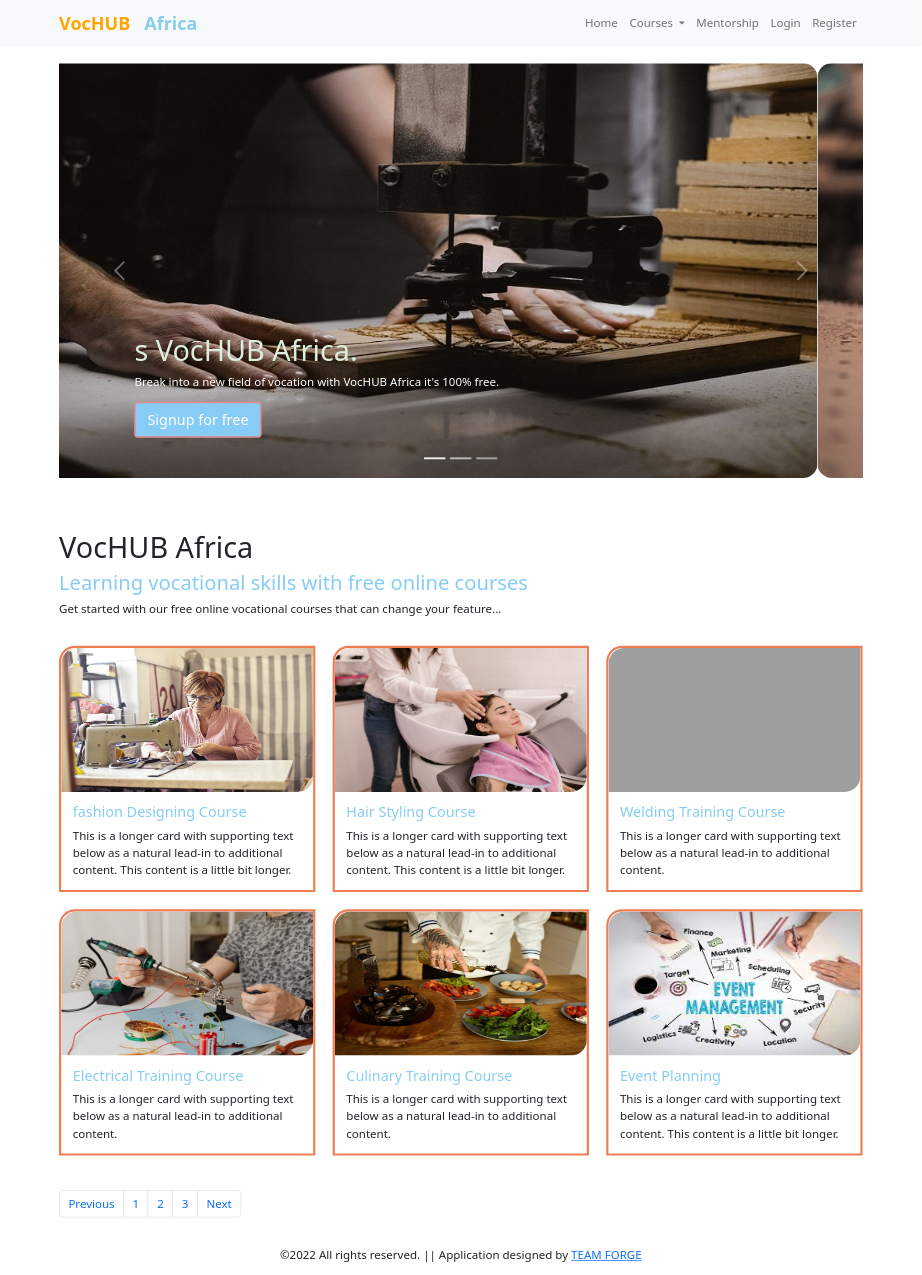
Repository: EKem01/VocHUB-Africa-Project
Page: / (app in client/)
An editor plug-in stored every save of this project. The page is shown before and after a run of saves, followed by the edit.
The browser window is 1280 px wide. The pictures show the whole page, at 72% of full size.
Pictures or frames that could not be fetched are drawn as grey boxes. The project was rebuilt for these pictures with package versions that can differ from the ones it lists, and the page was loaded fresh each time. Also part of the build but not shown: client/angular.json, client/src/app/components/login/login.component.ts, client/src/app/components/register/register.component.ts, client/src/app/components/courses/fashion-designing/fashion-designing.component.ts, client/src/app/components/courses/hair-styling/hair-styling.component.ts, client/src/app/components/dashboard/dashboard.component.ts, client/src/app/components/logout/logout.component.ts, client/src/app/components/mentorship/mentorship.component.ts.

Above is the page before, as saved 2022-06-13 23:37:45.

### client/src/index.html
<!doctype html>
<html lang="en">
<head>
  <meta charset="utf-8">
  <title>Vochub-Africa</title>
  <base href="/">
  <link href="https://cdn.jsdelivr.net/npm/bootstrap@5.0.2/dist/css/bootstrap.min.css" rel="stylesheet" integrity="sha384-EVSTQN3/azprG1Anm3QDgpJLIm9Nao0Yz1ztcQTwFspd3yD65VohhpuuCOmLASjC" crossorigin="anonymous">
  <meta name="viewport" content="width=device-width, initial-scale=1">
  <link rel="icon" type="image/x-icon" href="favicon.ico">
</head>
<body>
  <app-root></app-root>
  <script src="https://code.jquery.com/jquery-3.6.0.js" integrity="sha256-H+K7U5CnXl1h5ywQfKtSj8PCmoN9aaq30gDh27Xc0jk=" crossorigin="anonymous"></script>
  <script src="https://cdn.jsdelivr.net/npm/bootstrap@5.0.2/dist/js/bootstrap.bundle.min.js" integrity="sha384-MrcW6ZMFYlzcLA8Nl+NtUVF0sA7MsXsP1UyJoMp4YLEuNSfAP+JcXn/tWtIaxVXM" crossorigin="anonymous"></script>
</body>
</html>

### client/src/app/app.module.ts
import { NgModule } from '@angular/core';
import { FormsModule } from '@angular/forms';
import { BrowserModule } from '@angular/platform-browser';
import { AppRoutingModule } from './app-routing.module';
import { AppComponent } from './app.component';
import { NavbarComponent } from './components/navbar/navbar.component';
import { HomeComponent } from './components/home/home.component';
import { LoginComponent } from './components/login/login.component';
import { RegisterComponent } from './components/register/register.component';
import { NgbModule } from '@ng-bootstrap/ng-bootstrap';
import { HttpClientModule } from '@angular/common/http';
import { FashionDesigningComponent } from './components/courses/fashion-designing/fashion-designing.component';
import { HairStylingComponent } from './components/courses/hair-styling/hair-styling.component';
import { DashboardComponent } from './components/dashboard/dashboard.component';
import { LogoutComponent } from './components/logout/logout.component';
import { MentorshipComponent } from './components/mentorship/mentorship.component';

@NgModule({
  declarations: [
    AppComponent,
    NavbarComponent,
    HomeComponent,
    LoginComponent,
    LogoutComponent,
    RegisterComponent,
    FashionDesigningComponent,
    HairStylingComponent,
    DashboardComponent,
    LogoutComponent,
    MentorshipComponent
  ],
  imports: [
    BrowserModule,
    AppRoutingModule,
    FormsModule,
    NgbModule,
    HttpClientModule
  ],
  providers: [],
  bootstrap: [AppComponent]
})
export class AppModule { }

### client/src/app/app-routing.module.ts
import { RouterModule, Routes } from '@angular/router';
import { NgModule } from '@angular/core';
import { HomeComponent } from './components/home/home.component';
import { LoginComponent } from './components/login/login.component';
import { RegisterComponent } from './components/register/register.component';
import { FashionDesigningComponent } from './components/courses/fashion-designing/fashion-designing.component';
import { HairStylingComponent } from './components/courses/hair-styling/hair-styling.component';
import { DashboardComponent } from './components/dashboard/dashboard.component';




const appRoutes: Routes = [
    { path: '', component: HomeComponent},
    { path: 'register', component: RegisterComponent},
    { path: 'login', component: LoginComponent},
    { path: 'hair', component: HairStylingComponent},
    { path: 'fashion', component: FashionDesigningComponent},
    { path: 'dashboard', component: DashboardComponent}
    //{ path: '', redirectTo: '/home', pathMatch: 'full' },
    //{ path: '**', component: NotFoundComponent }
  ]

@NgModule({
    declarations: [],
    imports: [RouterModule.forRoot(appRoutes)],
    providers: [],
    bootstrap: [],
    exports: [RouterModule]
  })
  export class AppRoutingModule { }

### client/src/app/app.component.ts
import { Component } from '@angular/core';

@Component({
  selector: 'app-root',
  templateUrl: './app.component.html',
  styleUrls: ['./app.component.css']
})
export class AppComponent {
  title = 'vochub-elearning';
}

### client/src/app/components/navbar/navbar.component.html
<nav class="navbar navbar-expand-lg navbar-light bg-light mb-4" id="navhead">
    <div class="container">
        <a class="navbar-brand" routerLink="/"> <span style="color: orange;">VocHUB</span> &nbsp; <span style="color: skyblue;">Africa</span> </a>
        <button class="navbar-toggler" type="button" data-bs-toggle="collapse" data-bs-target="#navbarSupportedContent"
            aria-controls="navbarSupportedContent" aria-expanded="false" aria-label="Toggle navigation">
            <span class="navbar-toggler-icon"></span>
        </button>
        <div class="collapse navbar-collapse" id="navbarSupportedContent">
            <ul class="navbar-nav me-auto mb-2 mb-lg-0"> </ul>
            <ul class="nav navbar-nav navbar-right">
              <li><a class="nav-link" id="blue" aria-current="page" routerLink="/">Home</a></li>
              <li class="nav-item dropdown">
                  <a class="nav-link dropdown-toggle" href="#" id="navbarDropdown" role="button" data-bs-toggle="dropdown" aria-expanded="false">
                    Courses
                  </a>
                  <ul class="dropdown-menu" aria-labelledby="navbarDropdown">
                    <li><a class="dropdown-item" routerLink="/fashion">Fashion Designing</a></li>
                    <li><a class="dropdown-item" routerLink="/hair">Hair Styling</a></li>
                    <li><a class="dropdown-item" routerLink="/course">Arts and craft</a></li>
                    <li><a class="dropdown-item" routerLink="/course">Electrician</a></li>
                    <li><a class="dropdown-item" routerLink="course">Welding</a></li>
                    <li><a class="dropdown-item" routerLink="/course">Graphic Designing</a></li>
                    <li><a class="dropdown-item" routerLink="/course">Culinary Arts</a></li>
                    <li><a class="dropdown-item" routerLink="/course">Event planning</a></li>
                  </ul>
                </li>
                <li><a class="nav-link" routerLink="/mentorship">Mentorship</a></li>
                <li><a class="nav-link" routerLink="/login">Login</a></li>
                <li><a class="nav-link" routerLink="/register">Register</a></li>
            </ul>
        </div>
    </div>
  </nav>

  <div class="container">
    <router-outlet></router-outlet>
  </div>
  <br>

  <footer class="text-center">
    <div class="container">
      <p>&copy;2022 All rights reserved. || Application designed by <a href="#">TEAM FORGE</a></p>
    </div>
  </footer>

### client/src/app/components/navbar/navbar.component.css
button{
    border-radius: 10px;
}
.container .navbar-brand{
    font-weight: 700;
}
.navbar-brand{
    color: #0096FF;
    font-size: 25px;
}

### client/src/app/components/home/home.component.html
<div id="myCarousel" class="carousel slide" data-bs-ride="carousel">
  <div class="carousel-indicators">
    <button type="button" data-bs-target="#myCarousel" data-bs-slide-to="0" class="active" aria-current="true"
      aria-label="Slide 1"></button>
    <button type="button" data-bs-target="#myCarousel" data-bs-slide-to="1" aria-label="Slide 2"></button>
    <button type="button" data-bs-target="#myCarousel" data-bs-slide-to="2" aria-label="Slide 3"></button>
  </div>
  <div class="carousel-inner">
    <div class="carousel-item active">
      <img src="assets/img/shevet.jpg" class="d-block w-100" alt="...">

      <div class="container">
        <div class="carousel-caption text-start">
          <h1> s VocHUB Africa.</h1>
          <p >Break into a new field of vocation with VocHUB Africa it's 100% free.</p>
          <p><a class="btn btn-lg btn-primary course-btn" routerLink="/register">Signup for free</a></p>
        </div>
      </div>
    </div>
    <div class="carousel-item">
      <img src="assets/img/cley.jpg" class="d-block w-100" alt="...">

      <div class="container">
        <div class="carousel-caption text-start">
          <h1>Learn without limits.</h1>
          <p>Start your vocational career with more than 1,000 courses with VocHUB Africa.</p>
          <p><a class="btn btn-lg btn-primary course-btn" routerLink="/register">Learn more...</a></p>
        </div>
      </div>
    </div>
    <div class="carousel-item">
      <img src="assets/img/T1.jpg" class="d-block w-100" alt="...">

      <div class="container">
        <div class="carousel-caption text-start">
          <h1>Start leraning for free.</h1>
          <p>Free vocational online courses with VocHUB Africa.</p>
          <p><a class="btn btn-lg btn-primary course-btn" routerLink="/register">Courses</a></p>
        </div>
      </div>
    </div>
  </div>
  <button class="carousel-control-prev" type="button" data-bs-target="#myCarousel" data-bs-slide="prev">
    <span class="carousel-control-prev-icon" aria-hidden="true"></span>
    <span class="visually-hidden">Previous</span>
  </button>
  <button class="carousel-control-next" type="button" data-bs-target="#myCarousel" data-bs-slide="next">
    <span class="carousel-control-next-icon" aria-hidden="true"></span>
    <span class="visually-hidden">Next</span>
  </button>
</div>
<br>
<br>
<br>


<section class="courses">
  <h1>VocHUB Africa</h1>
  <h3>Learning vocational skills with free online courses</h3>
  <p>Get started with our free online vocational courses that can change your feature...</p><br>
  <div class="row row-cols-1 row-cols-md-3 g-4">
    <div class="col">
      <div class="card">
        <a routerLink="/fashion">
          <img src="assets/img/T2.jpg" class="card-img-top" alt="...">
        </a>
        <div class="card-body">
          <div class="course">
            <h5><a routerLink="/fashion">fashion Designing Course</a></h5>
          </div>
          <p class="card-text">This is a longer card with supporting text below as a natural lead-in to additional
            content. This content is a little bit longer.</p>
        </div>
      </div>
    </div>

    <div class="col">
      <div class="card">
        <a routerLink="/hair">
          <img src="assets/img/hair.jpg" class="card-img-top" alt="...">
        </a>
        <div class="card-body">
          <div class="course">
            <h5><a routerLink="/hair">Hair Styling Course</a></h5>
          </div>
          <p class="card-text">This is a longer card with supporting text below as a natural lead-in to additional
            content. This content is a little bit longer.</p>
        </div>
      </div>
    </div>
    <div class="col">
      <div class="card">
        <img src="assets/img/welding.jpg" class="card-img-top" alt="...">
        <div class="card-body">
          <div class="course">
            <h5><a routerLink="#">Welding Training Course</a></h5>
          </div>
          <p class="card-text">This is a longer card with supporting text below as a natural lead-in to additional
            content.</p>
        </div>
      </div>
    </div>
    <div class="col">
      <div class="card">
        <img src="assets/img/electric.jpg" class="card-img-top" alt="...">
        <div class="card-body">
          <div class="course">
            <h5><a routerLink="#">Electrical Training Course</a></h5>
          </div>
          <p class="card-text">This is a longer card with supporting text below as a natural lead-in to additional
            content.</p>
        </div>
      </div>
    </div>
    <div class="col">
      <div class="card">
        <img src="assets/img/culinary.jpg" class="card-img-top" alt="...">
        <div class="card-body">
          <div class="course">
            <h5><a routerLink="#">Culinary Training Course</a></h5>
          </div>
          <p class="card-text">This is a longer card with supporting text below as a natural lead-in to additional
            content.</p>
        </div>
      </div>
    </div>
    <div class="col">
      <div class="card">
        <img src="assets/img/event.jpg" class="card-img-top" alt="...">
        <div class="card-body">
          <div class="course">
            <h5><a routerLink="/fashion">Event Planning</a></h5>
          </div>
          <p class="card-text">This is a longer card with supporting text below as a natural lead-in to additional
            content.
            This content is a little bit longer.</p>
        </div>
      </div>
    </div>
  </div>
</section>
<br>
<br>

<section class="pagination">
  <nav aria-label="Page navigation example">
    <ul class="pagination">
      <li class="page-item"><a class="page-link" href="#">Previous</a></li>
      <li class="page-item"><a class="page-link" href="#">1</a></li>
      <li class="page-item"><a class="page-link" href="#">2</a></li>
      <li class="page-item"><a class="page-link" href="#">3</a></li>
      <li class="page-item"><a class="page-link" href="#">Next</a></li>
    </ul>
  </nav>
</section>

### client/src/app/components/home/home.component.css
img{
    width: 100%;
    height: 80vh;
}
.carousel-item img{
    border-radius: 20px;
    width: fit-content;

}

.carousel-item h1{
    color: #ddeddd;
}

.course-btn{
    background-color: rgb(134, 204, 245);
    border: 2px solid rgb(226, 140, 140);
}

.courses h3{
    color:  rgb(134, 204, 245);
}
.card{
    border-radius: 22px 0px 0 0;
    border: 3px solid rgb(238, 125, 84);
}
.card img{
    height: 200px;
    border-radius: 22px 0px;
}
.course a{
    text-decoration: none;
    color: rgb(134, 204, 245);
}

Loaded but not shown: client/src/styles.css (common file); client/src/main.ts (common file); client/src/environments/environment.ts (common file); client/src/app/components/navbar/navbar.component.ts (common file); client/src/app/components/home/home.component.ts (common file); client/src/app/app.component.html (common file); client/src/app/app.component.css (no stored copy; drawn as an empty file)

After the next 2 saves:
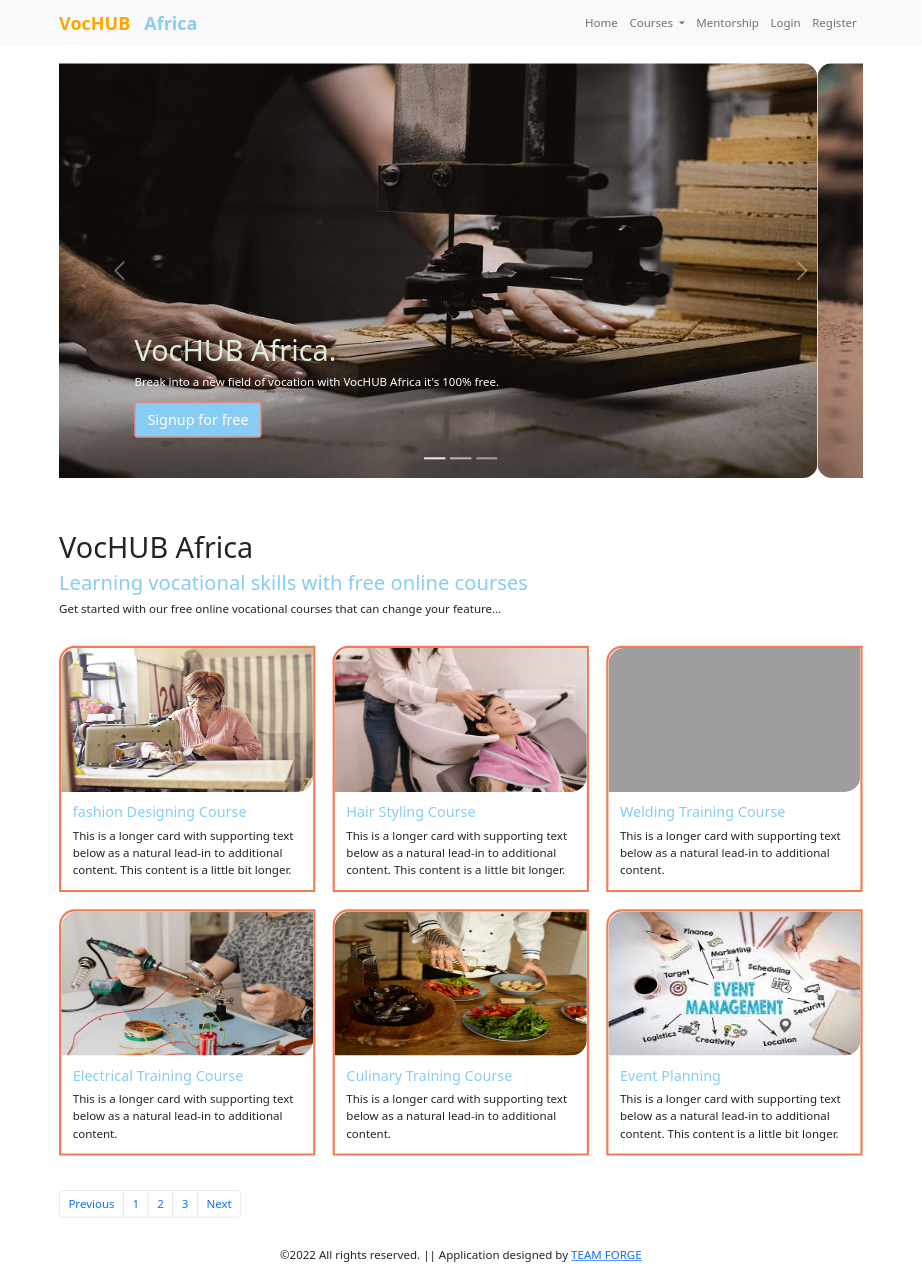
The 2 saves are shown as one change because they came seconds apart.
The last was saved 5 s later.
--- a/client/src/app/components/home/home.component.html
+++ b/client/src/app/components/home/home.component.html
@@ -11,7 +11,7 @@
 
       <div class="container">
         <div class="carousel-caption text-start">
-          <h1> s VocHUB Africa.</h1>
+          <h1> <span></span> VocHUB Africa.</h1>
           <p >Break into a new field of vocation with VocHUB Africa it's 100% free.</p>
           <p><a class="btn btn-lg btn-primary course-btn" routerLink="/register">Signup for free</a></p>
         </div>
